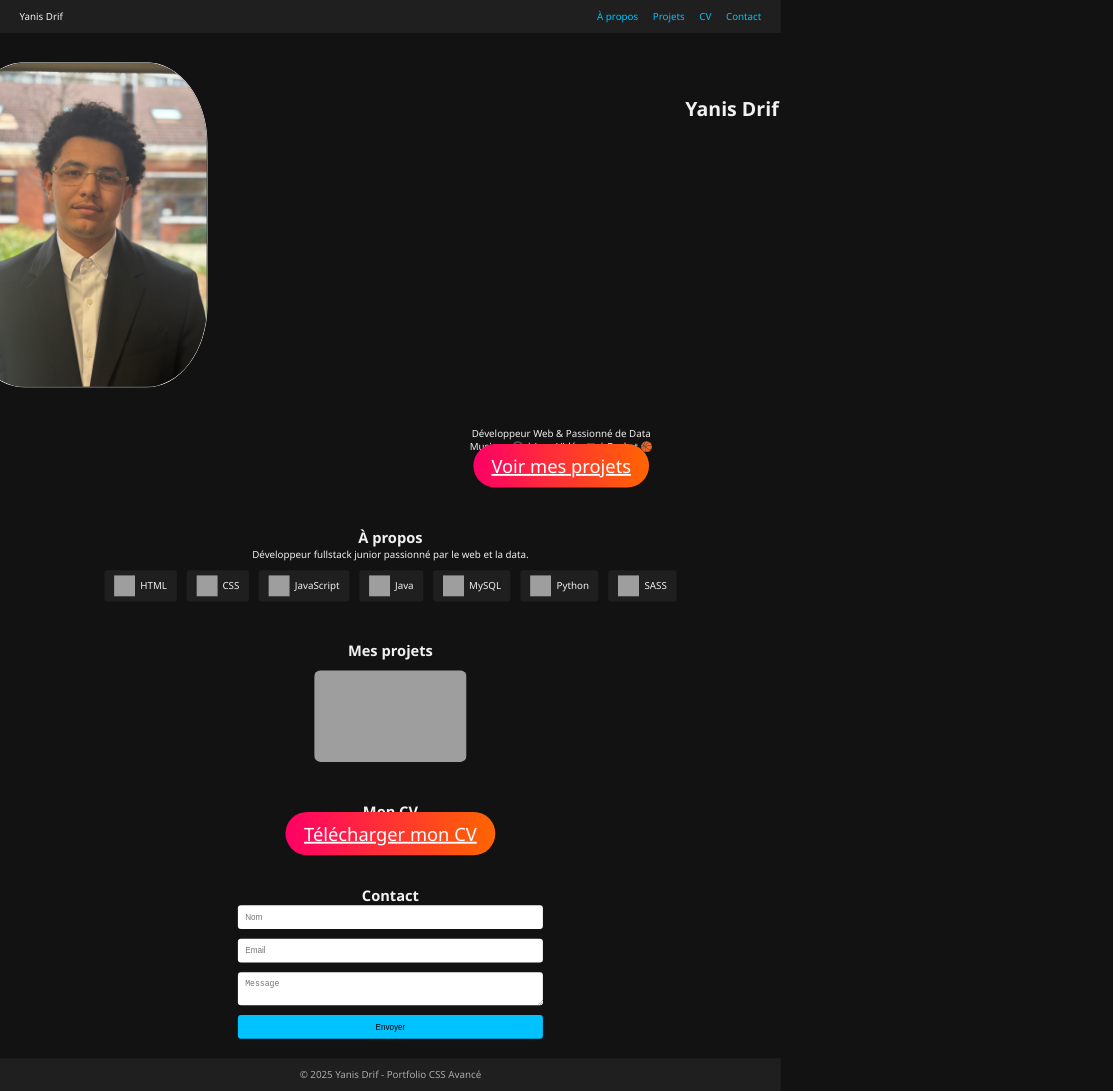
Repository: Yxniiss/ProjetCssAvance
Page: OneDrive/Bureau/Portfolio DrifYanis/home.html
The author's editor kept a copy of each file at every save. The page is drawn from the files as they stood at one save, then again after the next save.
The browser window is 1280 px wide. The page is 1824 px wide, then 1544 px, so the pictures cover 1824 px, including what lies to the right of the window. The pictures show the whole page, at 61% of full size.
Pictures or frames that could not be fetched are drawn as grey boxes.

Above is the page before, as saved 2025-04-10 10:33:35.
Console error: TypeError: Cannot set properties of null (setting 'textContent')

### OneDrive/Bureau/Portfolio DrifYanis/home.html
<!DOCTYPE html>
<html lang="fr">
<head>
  <meta charset="UTF-8" />
  <meta name="viewport" content="width=device-width, initial-scale=1.0" />
  <title>Portfolio - Yanis Drif</title>
  <link rel="stylesheet" href="/style.css" />
  <script defer src="/script.js"></script>
</head>
<body>
  <nav class="navbar">
    <div class="logo">Yanis Drif</div>
    <ul class="nav-links">
      <li><a href="#apropos">À propos</a></li>
      <li><a href="#projets">Projets</a></li>
      <li><a href="#cv">CV</a></li>
      <li><a href="#contact">Contact</a></li>
    </ul>
  </nav>

  <header class="hero">
    <img src="/image/IMG_0965 (2).jpeg" alt="Photo de profil" class="hero__image" />
    <div class="hero__content">
      <h1 class="hero__name">Yanis Drif</h1>
      <p class="hero__tagline">Développeur <span>Web</span> & Passionné de Data</p>
      <p class="hero__desc">Musique 🎧 | Jeux Vidéo 🎮 | Basket 🏀</p>
      <a href="#projets" class="btn">Voir mes projets</a>
    </div>
  </header>

  <section id="apropos" class="section about">
    <h2>À propos</h2>
    <p>Développeur fullstack junior passionné par le web et la data.</p>
    <div class="skills">
      <div class="skill"><img src="https://devicon-website.vercel.app/api/html5/original-wordmark.svg" alt="HTML">HTML</div>
      <div class="skill"><img src="https://devicon-website.vercel.app/api/css3/original-wordmark.svg" alt="CSS">CSS</div>
      <div class="skill"><img src="https://devicon-website.vercel.app/api/javascript/original.svg" alt="JavaScript">JavaScript</div>
      <div class="skill"><img src="https://devicon-website.vercel.app/api/java/original-wordmark.svg" alt="Java">Java</div>
      <div class="skill"><img src="https://devicon-website.vercel.app/api/mysql/plain-wordmark.svg" alt="MySQL">MySQL</div>
      <div class="skill"><img src="https://devicon-website.vercel.app/api/python/original-wordmark.svg" alt="Python">Python</div>
      <div class="skill"><img src="https://devicon-website.vercel.app/api/sass/original.svg" alt="SASS">SASS</div>
    </div>
  </section>

  <section id="projets" class="section projets">
    <h2>Mes projets</h2>
    <div class="projects carousel">
      <img src="img/Capture d'écran 2025-04-09 23345.png" alt="Projet 1"/>
      <img src="/img/Capture d'écran 2025-04-09 12402 (1).png" alt="Projet 2" />
      <img src="/img/ChatGPT Image 9 avr. 2025, 23_49_51.png" alt="Projet 3" />
    </div>
  </section>

  <section id="cv" class="section cv">
    <h2>Mon CV</h2>
    <a href="/doc/CV Yanis (1) (1).pdf" download class="btn">Télécharger mon CV</a>
  </section>

  <section id="contact" class="section contact">
    <h2>Contact</h2>
    <form class="contact-form">
      <input type="text" placeholder="Nom" required />
      <input type="email" placeholder="Email" required />
      <textarea placeholder="Message" required></textarea>
      <button type="submit">Envoyer</button>
    </form>
  </section>

  <footer>
    <p>&copy; 2025 Yanis Drif - Portfolio CSS Avancé</p>
  </footer>
</body>
</html>

### OneDrive/Bureau/Portfolio DrifYanis/style.css
* {
    margin: 0;
    padding: 0;
    box-sizing: border-box;
  }

  body {
    font-family: "Segoe UI", sans-serif;
    background-color: #121212;
    color: #f1f1f1;
  }

  .navbar {
    display: flex;
    justify-content: space-between;
    padding: 1rem 2rem;
    background-color: #1f1f1f;
  }

  .nav-links {
    display: flex;
    list-style: none;
    gap: 1.5rem;
  }

  .nav-links a {
    color: #00c2ff;
    text-decoration: none;
  }

  .hero {
    padding: 3rem 1rem;
    text-align: center;

  }

  .hero__name{
    position: relative;
    left: 280px;
    bottom:500px;

  }

  .hero__content{
    position: relative;
    left:280px
  }

  .hero__image {
    border-radius: 25%;
    width: 400px;
    border: 1px solid #ffffff;
    margin-bottom: 1rem;
    position: relative;
    right:500px ;
  }

  .section {
    padding: 2rem 1rem;
    text-align: center;
  }

  .projects {
    display: flex;
    justify-content: center;
    gap: 1rem;
    flex-wrap: wrap;
    margin-top: 1rem;
  }

  .projects img {
    width: 250px;
    height: 150px;
    -o-object-fit: cover;
       object-fit: cover;
    border-radius: 10px;
  }

  .skills {
    display: flex;
    flex-wrap: wrap;
    gap: 1rem;
    justify-content: center;
    margin-top: 1rem;
  }

  .skill {
    display: flex;
    align-items: center;
    gap: 0.5rem;
    background-color: #1f1f1f;
    padding: 0.5rem 1rem;
    border-radius: 5px;
  }

  .skill img {
    width: 35px;
    height: 35px;
  }

  footer {
    padding: 1rem;
    text-align: center;
    background-color: #1f1f1f;
    color: #aaa;
  }

  .btn {
    padding: 15px 30px;
    font-size: 30px;
    color:white;
    background: linear-gradient(90deg, #ff0066, #ff6600);
    border:none;
    border-radius: 50px;
    cursor: pointer;
    box-shadow: 0 4px 15px rgba(255,0,102,0);
    transition: box-shadow 0.3s ease, transform 0.3s ease;
  }

  .btn:hover{
    box-shadow: 0 10px 20px rgba(255,0,102,0.5);
    transform: translateY(-3px);
  }

  .contact-form {
    max-width: 500px;
    margin: auto;
    display: flex;
    flex-direction: column;
    gap: 1rem;
  }

  .contact-form input,
  .contact-form textarea {
    padding: 0.75rem;
    border: none;
    border-radius: 5px;
  }

  .contact-form button {
    background-color: #00c2ff;
    color: #000;
    padding: 0.75rem;
    border: none;
    border-radius: 5px;
    cursor: pointer;
  }

  .start h1{
    text-align: left;
    margin-top: 100px;
    font-size: 35px;
    margin-left: 100px;
  }

  .start h2{
    text-align: left;
    margin-top: 1px;
    font-size: 70px;
    margin-left: 100px;
  }

  .start h3{
    text-align: left;
    margin-top: 1px;
    font-size: 35px;
    margin-left: 100px;
  }

  #mot {
    color:#00c2ff;
  }

  #cursor{
    display: inline-block;
    width: 10px;
    background-color:black;
    animation: blink 0.8s step-end infinite;
  }

  @keyframes blink{
    50% {
      opacity: 0;
    }
  }

  @keyframes typing{
    from{
      width: 0;
    }
    to{
      width: 100%;
    }
  }

  #main{
    opacity: 0;
    transform: translateY(0);
    transition: opacity 5s ease, transform 5s ease;
  }

  body.loaded #main{
    opacity: 1;
    transform: translateY(0);
  }


  .start p{
    text-align: left;
    margin-left: 100px;
    margin-top: 20px;
    font-size: 20px;
  }

  .ntwrks {
    position: absolute;
    top: 410px;
    left: 110px;
    display: flex;
    flex-wrap: wrap;
    gap: 1rem;
  }

  .ntwrk {
    display: flex;
    align-items: center;
    gap: 0.5rem;
    background-color: #1f1f1f;
    padding: 1rem 1rem;
    border-radius: 100px;
    transition: 0.3s ease, opacity 0.3s ease;
  }

  .ntwrk:hover{
    transform: scale(1.2);
    opacity: 0.8;
  }

  .ntwrk img {
    width: 30px;
    height: 30px;
  }

  .modern-button{
    background-color:#00c2ff;
    font-size: 16px;
    font-weight: bold;
    border:none;
    padding: 15px 30px;
    border-radius: 25px;
    cursor: pointer;
    outline: none;
    position: relative;
    right:550px;
    top:120px;
    animation:glow 1.5s infinite alternate;
    transition: 0.3s ease, opacity 0.3s ease;
  }

  .modern-button a{
    color:white;
    text-decoration: none;
  }

  .modern-button:hover{
    transform: scale(1.2);
    opacity: 1;
  }

  @keyframes glow{
    0%{
      box-shadow: 0 0 10px 5px rgba(0, 194, 255, 0.6), 0 0 20px 10px rgba(0, 194, 255, 0.4);
    }
    100%{
      box-shadow: 0 0 20px 10px rgba(0, 194, 255, 1), 0 0 30px 15px rgba(0, 194, 255, 0.8);
    }
  }

  .image{
    max-width: 30%;
    position: relative;
    bottom: 350px;
    left: 350px;
  }

### OneDrive/Bureau/Portfolio DrifYanis/script.js

document.addEventListener('DOMContentLoaded', () => {
    // Scroll fluide
    document.querySelectorAll('a[href^="#"]').forEach(anchor => {
      anchor.addEventListener('click', function (e) {
        e.preventDefault();
        const target = document.querySelector(this.getAttribute('href'));
        if (target) {
          target.scrollIntoView({ behavior: 'smooth' });
        }
      });
    });

    // Carrousel automatique
    const images = document.querySelectorAll('.carousel img');
    let currentIndex = 0;

    function showSlide(index) {
      images.forEach((img, i) => {
        img.style.display = i === index ? 'block' : 'none';
      });
    }

    function nextSlide() {
      currentIndex = (currentIndex + 1) % images.length;
      showSlide(currentIndex);
    }

    if (images.length > 0) {
      showSlide(currentIndex);
      setInterval(nextSlide, 3000); // change every 3 seconds
    }
  });

  const mot = ["Etudiant", "Developpeur web", "Pasionné de code","Developpeur fullstack"];
  let index = 0;
  const element = document.getElementById("mot");
  const cursor = document.getElementById("cursor");

  let typingInterval;
  let currentWord = "";
  let currentCharIndex = 0;

  function  commencerTypingAnimation(){
    currentWord=mot[index];
    currentCharIndex = 0;
    element.textContent = '';

    typingInterval = setInterval(() =>{
      element.textContent += currentWord.charAt(currentCharIndex);
      currentCharIndex++;

      if(currentCharIndex === currentWord.length){
        clearInterval(typingInterval);
        setTimeout(changerMot,1000);
      }
    },150);
  }

  function changerMot(){
    element.textContent=mot[index];
    index++;
    if(index===mot.length){
      index=0;
    }
    commencerTypingAnimation();
  }
  commencerTypingAnimation();

  window.addEventListener('load', function () {
    document.body.classList.add('loaded');
  });

After the next save:
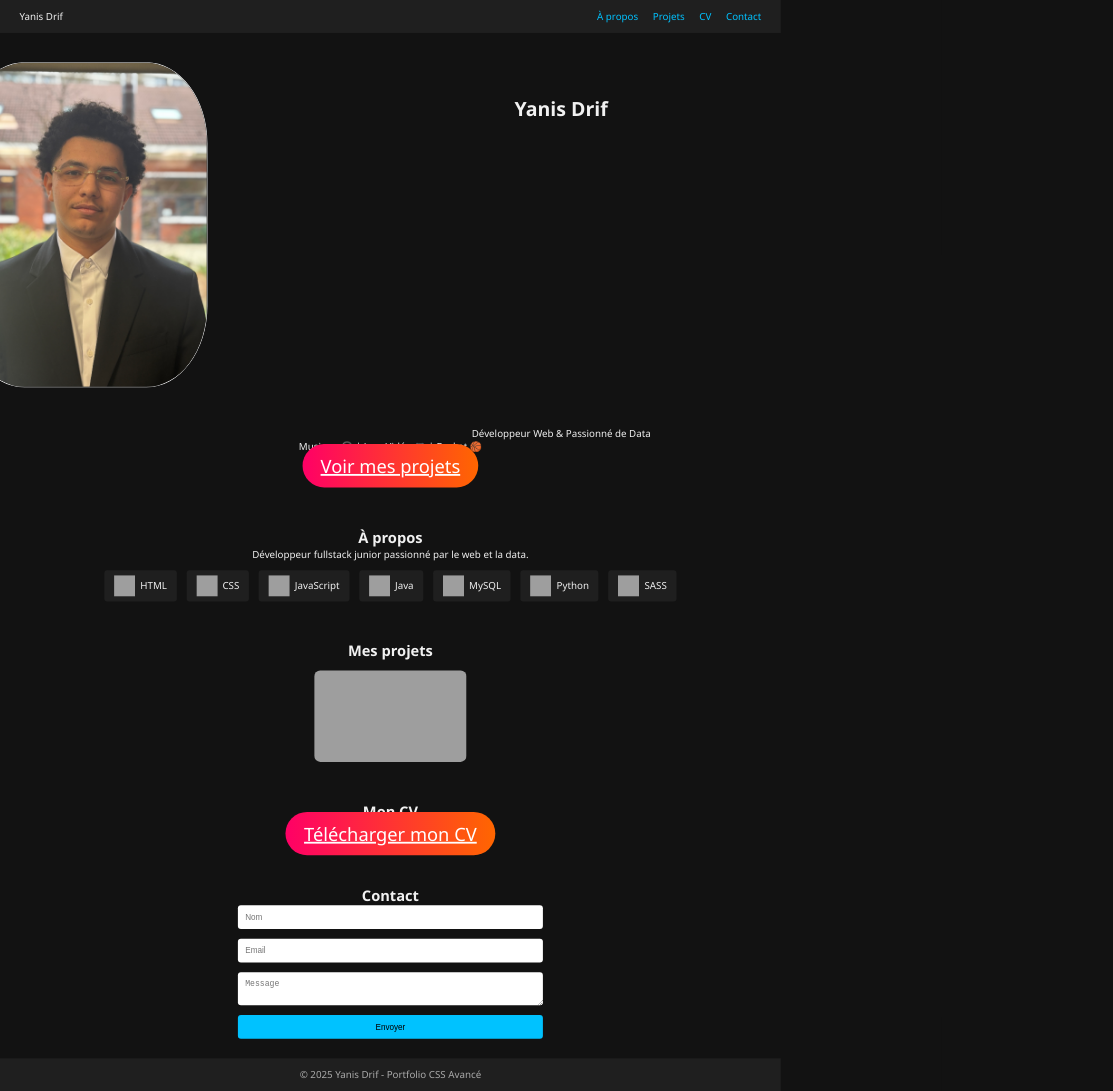
Saved 24 s later.
--- a/OneDrive/Bureau/Portfolio DrifYanis/style.css
+++ b/OneDrive/Bureau/Portfolio DrifYanis/style.css
@@ -41,7 +41,7 @@
 
   }
 
-  .hero__content{
+  .hero__tagline{
     position: relative;
     left:280px
   }
